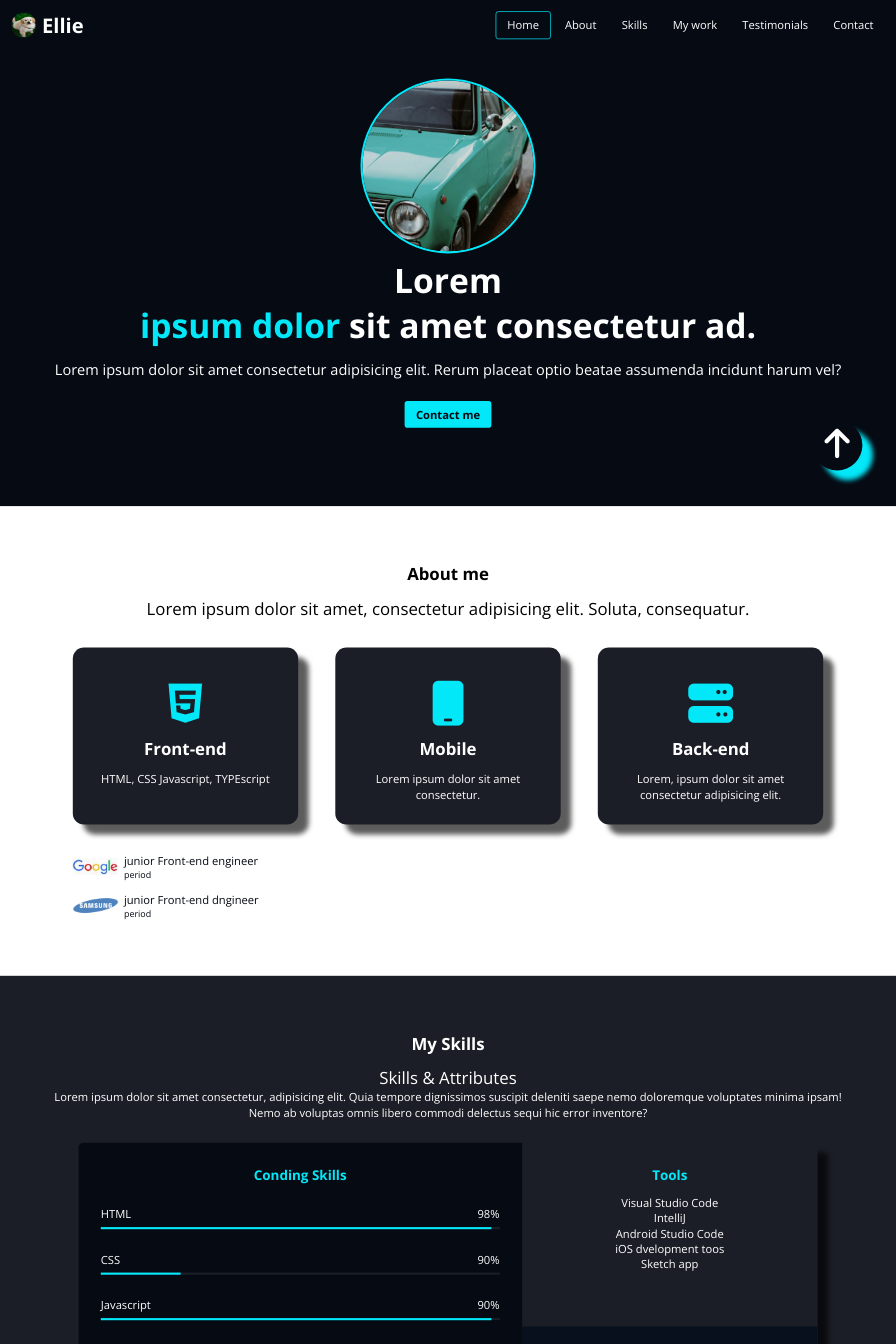
Repository: Arden-Sol/portfolio-website-clone-coding
Page: index.html
These files come from the project's save history. The page is drawn as it stood at one moment and after the next save; the edit follows.
The browser window is 1280 px wide. The pictures show the part of the page from y = 0 to 1920 px (the page is 4153 px tall), at 70% of full size.
Some web libraries are served in a nearby version.

Above is the page before, as saved 2024-04-04 23:16:20.

After the next save:
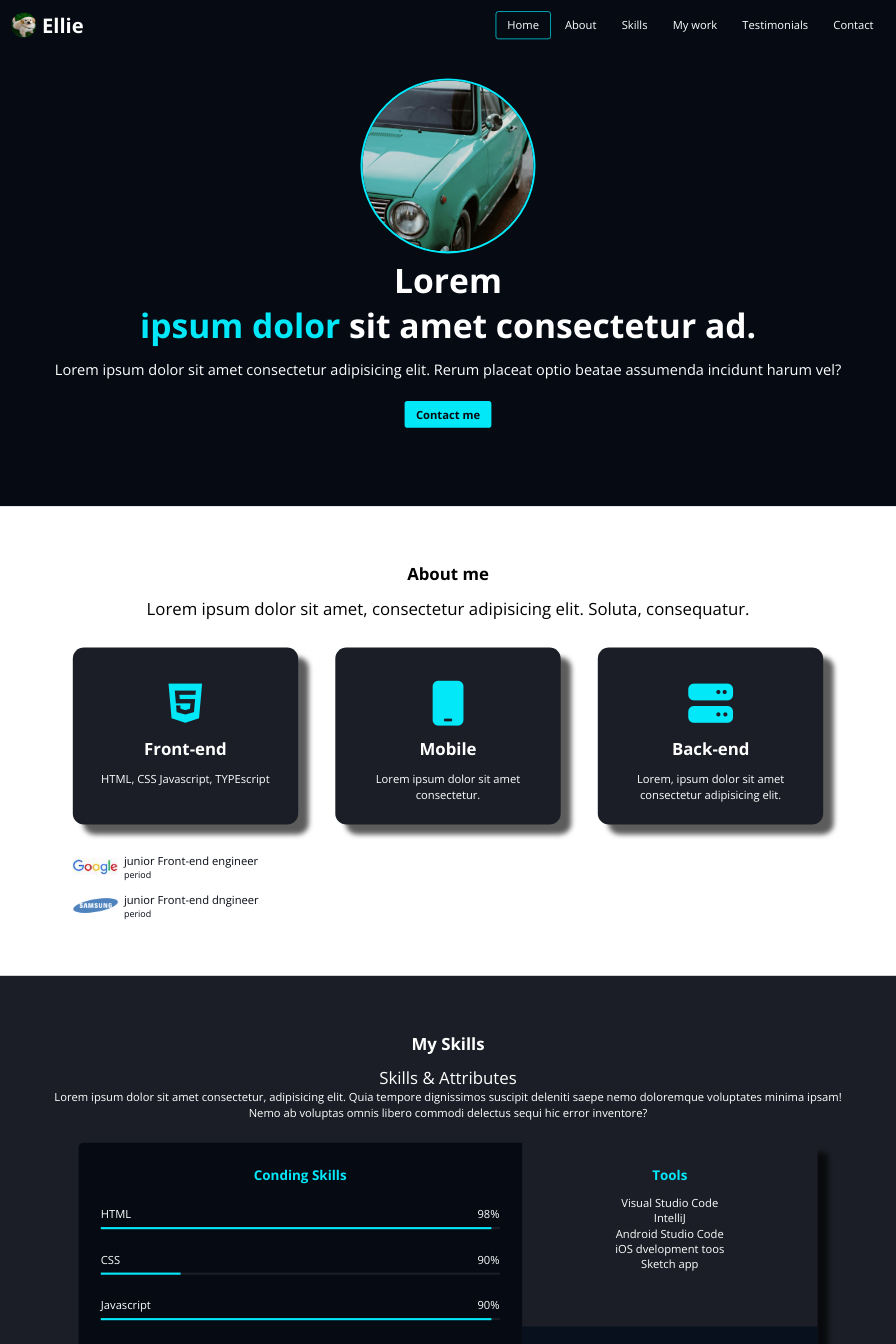
Saved 3 min 23 s later.
--- a/src/main.js
+++ b/src/main.js
@@ -18,3 +18,9 @@
 document.addEventListener('scroll', event => {
   homeContainer.style.opacity = 1 - window.scrollY / homeHeight;
 });
+
+const arrowUp = document.querySelector('aside');
+arrowUp.style.display = 'none';
+if (home <= scrollY * 2) {
+  arrowUp.style.display = 'block';
+}

After the 3 saves that followed:
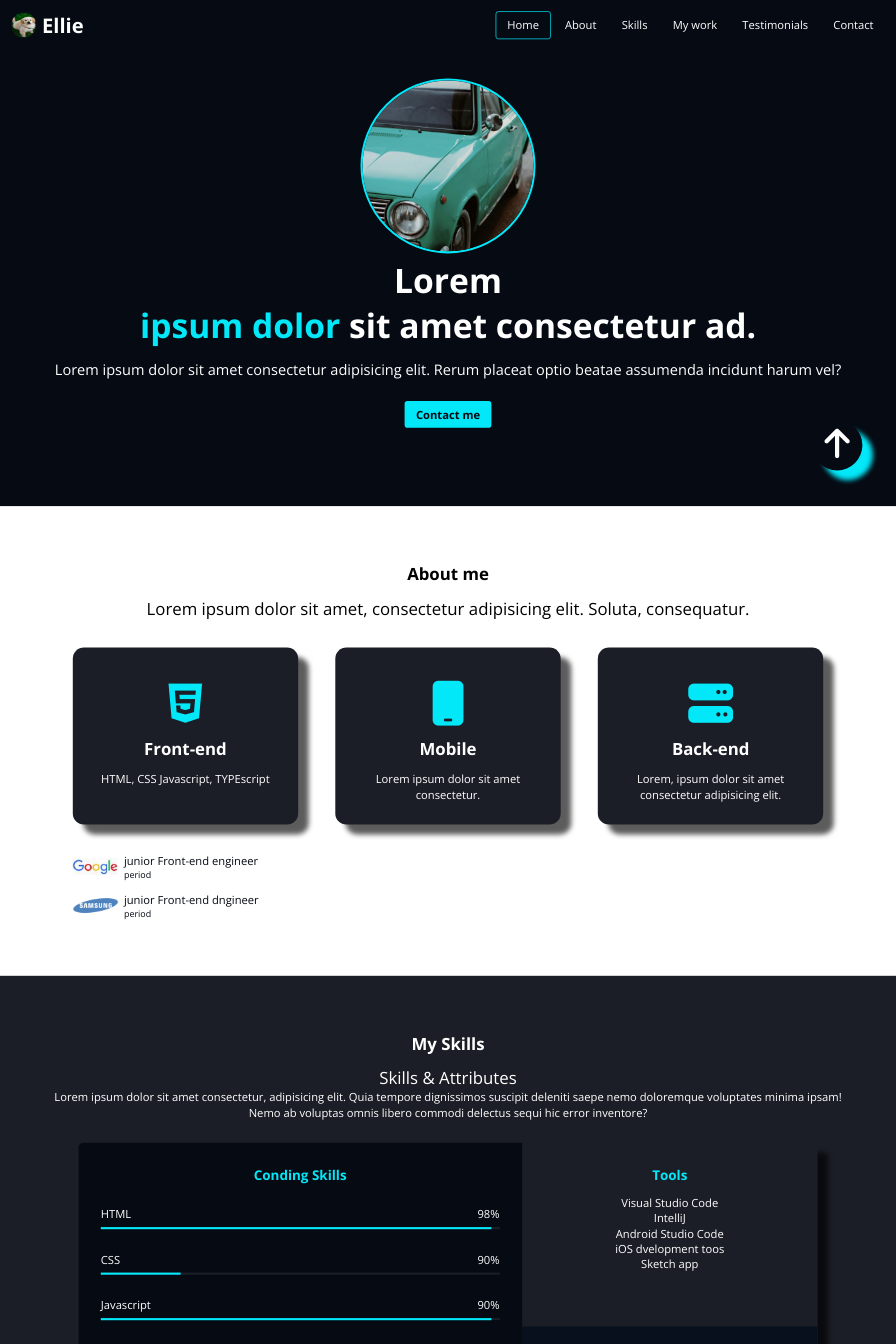
The 3 saves are shown as one change because 2 left the picture as it was.
The last was saved 101 s later.
--- a/src/main.js
+++ b/src/main.js
@@ -20,7 +20,10 @@
 });
 
 const arrowUp = document.querySelector('aside');
-arrowUp.style.display = 'none';
-if (home <= scrollY * 2) {
-  arrowUp.style.display = 'block';
-}
+arrowUp.style.display = 'block';
+console.log(arrowUp);
+document.addEventListener('scroll', event => {
+  if (home <= scrollY * 2) {
+    arrowUp.style.display = 'block';
+  }
+});
